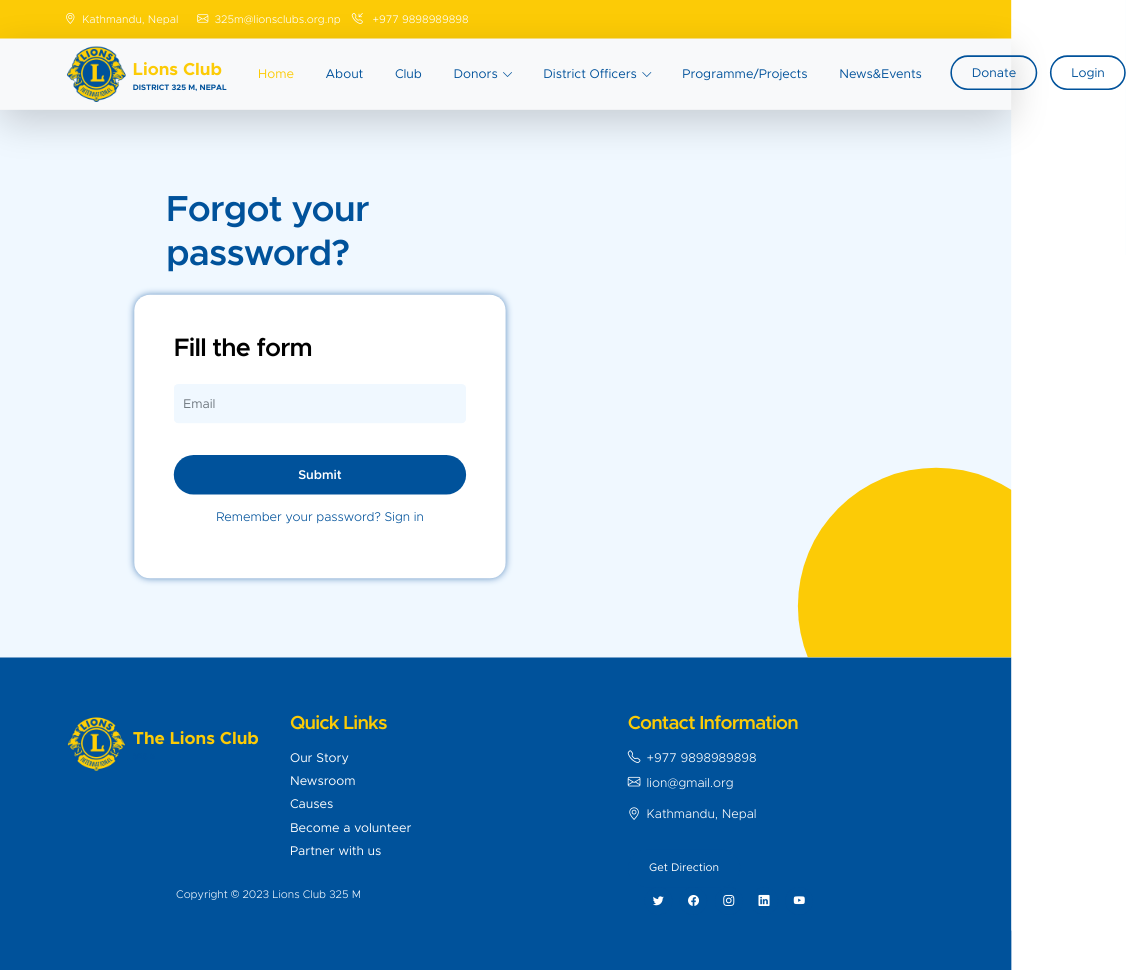
Repository: sandhya8109/Lions
Page: http://localhost/forget.php
These files come from the project's save history. The page is drawn as it stood at one moment and after the next save; the edit follows.
The browser window is 1280 px wide. The page is 1425 px wide, so the pictures cover 1425 px, including what lies to the right of the window. The pictures show the whole page, at 79% of full size.
The page is run by PHP 8.4 with error messages shown; the project is at /var/www/html/.

Above is the page before, as saved 2023-06-18 14:02:39.
Console error: TypeError: Cannot read properties of undefined (reading 'top')

After the next save:
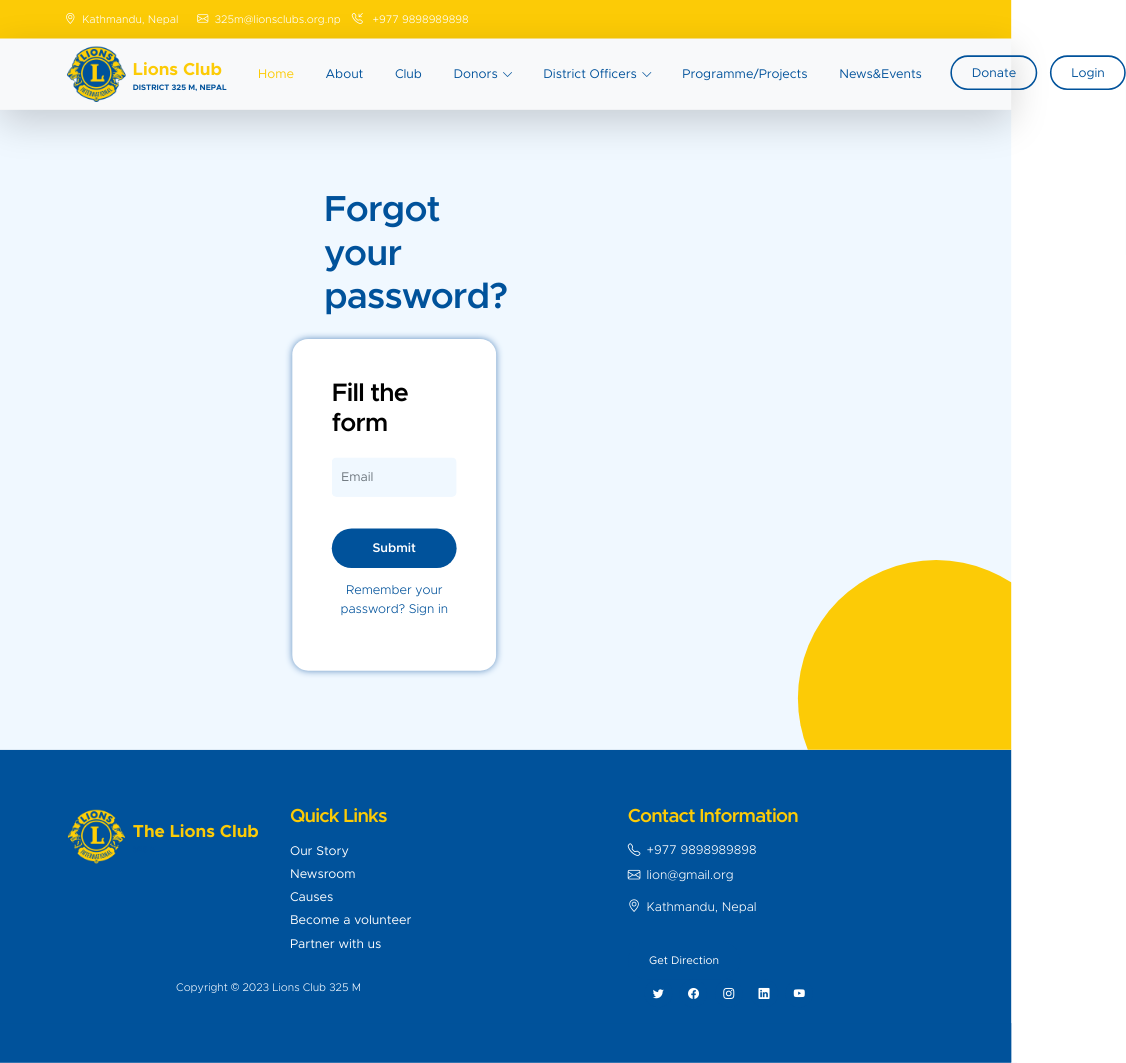
Saved 9 s later.
--- a/forget.php
+++ b/forget.php
@@ -5,7 +5,7 @@
     <div class="container">
         <div class="row">
 
-            <div class="col-lg-6 col-12" style=" padding-left:100px; padding-right:0px;">
+            <div class="col-lg-6 col-12" style=" padding-left:300px;">
                 <h2 class="mb-4" style="color:#00529b; padding-left:40px; ">Forgot your password?</h2>
                 <form class="custom-form volunteer-form mb-5 mb-lg-0" action="#" method="post" role="form"
                     style="box-shadow: 0 0 9px rgb(91, 139, 190);">
